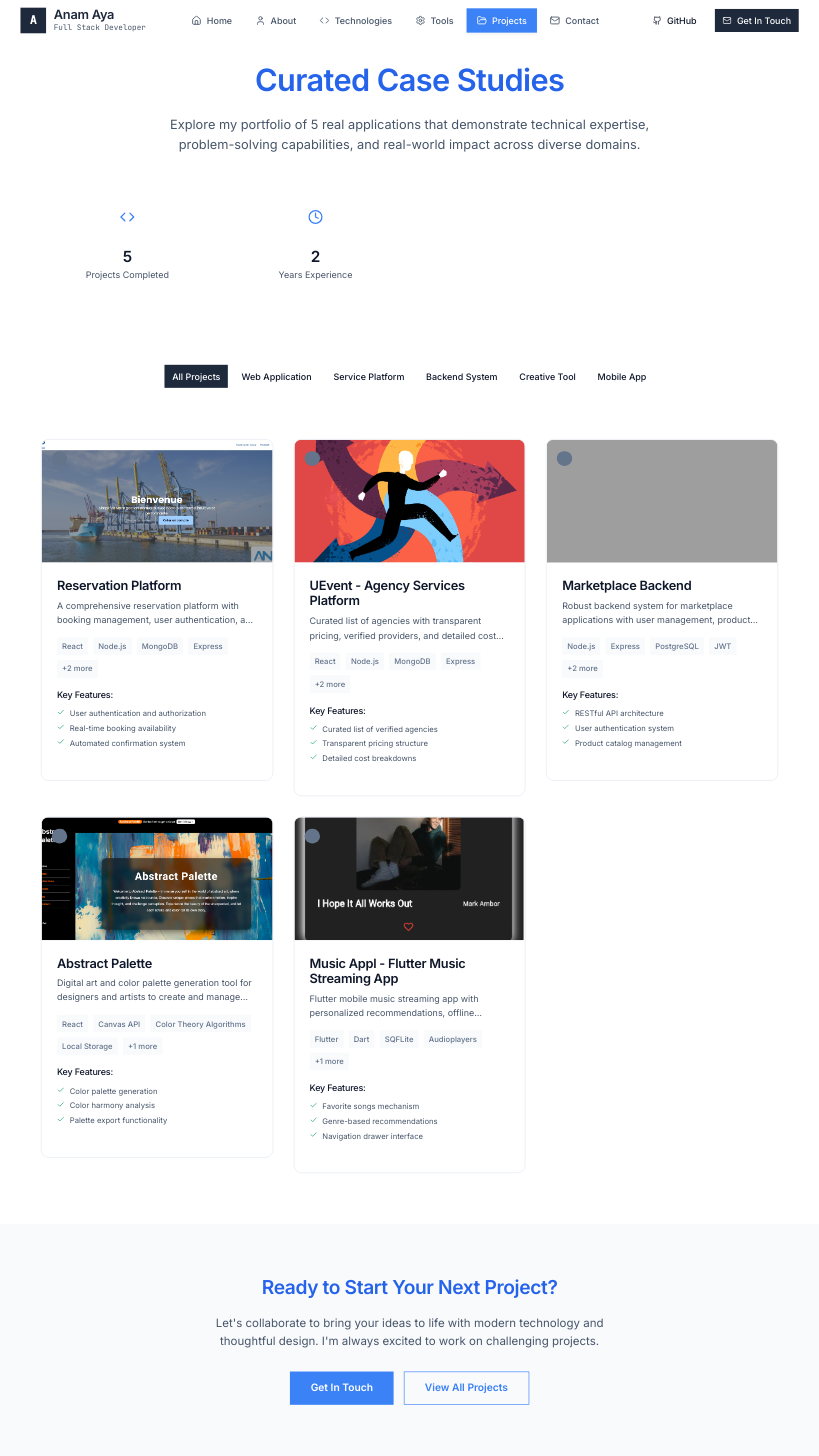
Repository: ayaaas/portflio_aya
Page: /projects-curated-case-studies
The author's editor kept a copy of each file at every save. The page is drawn from the files as they stood at one save, then again after the next save.
The browser window is 1280 px wide. The pictures show the whole page, at 64% of full size.
Pictures or frames that could not be fetched are drawn as grey boxes. The project was rebuilt for these pictures with package versions that can differ from the ones it lists, and the page was loaded fresh each time. Also part of the build but not shown: vite.config.mjs, src/components/ErrorBoundary.jsx, src/pages/hero-section-developer-portfolio/components/ProfileImage.jsx, src/pages/hero-section-developer-portfolio/components/AnimatedText.jsx, src/pages/hero-section-developer-portfolio/components/HeroContent.jsx, src/pages/hero-section-developer-portfolio/components/BackgroundPattern.jsx, src/pages/hero-section-developer-portfolio/components/ScrollIndicator.jsx, src/pages/hero-section-developer-portfolio/index.jsx and 24 more.

Above is the page before, as saved 2025-07-19 21:59:28.

After the next save:
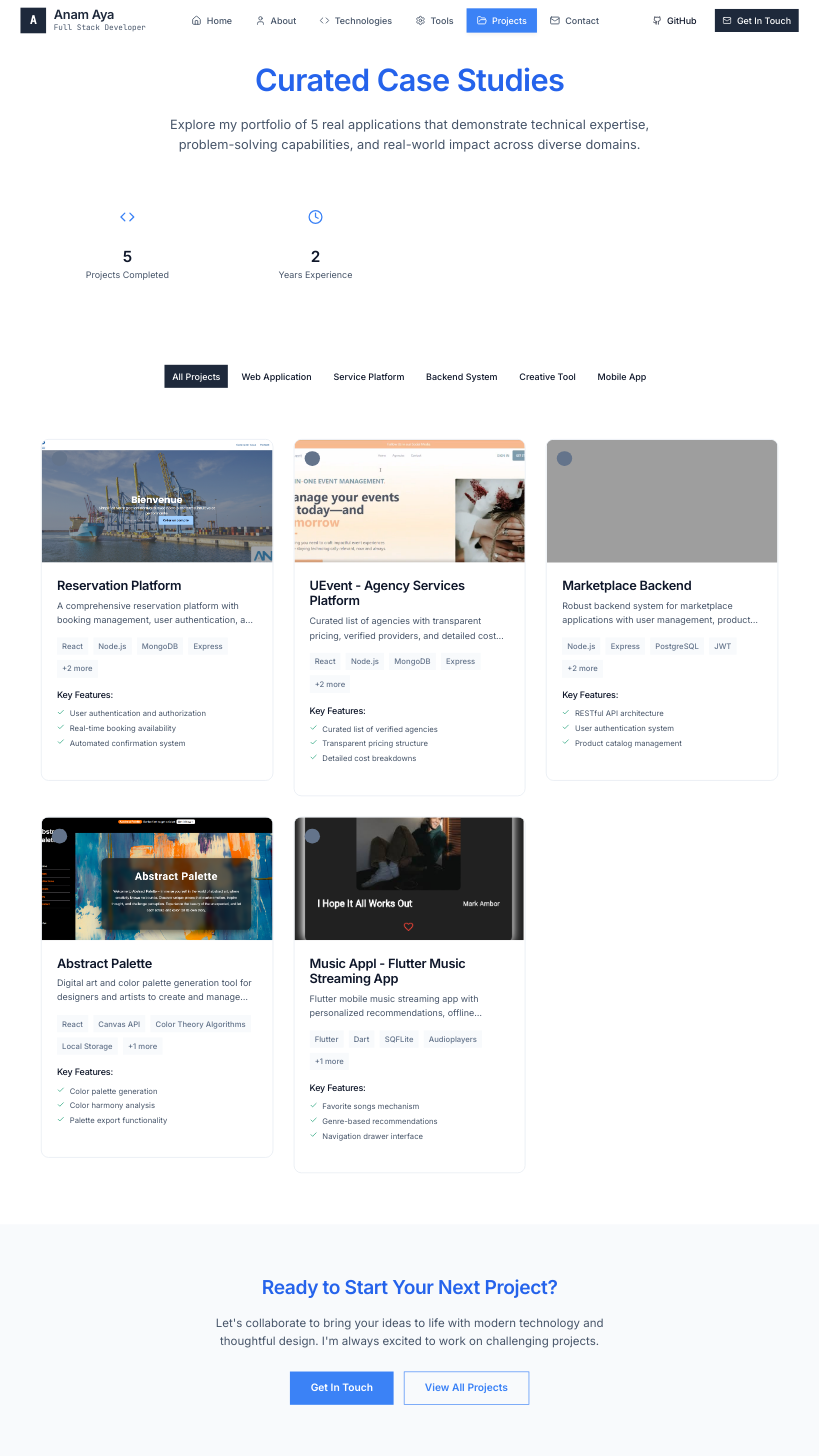
Saved 19 s later.
--- a/src/pages/projects-curated-case-studies/index.jsx
+++ b/src/pages/projects-curated-case-studies/index.jsx
@@ -43,7 +43,7 @@ const ProjectsCuratedCaseStudies = () => {
       category: "Service Platform",
       description: "Curated list of agencies with transparent pricing, verified providers, and detailed cost breakdowns to avoid hidden fees.",
       detailedDescription: "UEvent is a B2C service platform connecting clients with verified agencies. Features transparent pricing with detailed cost breakdowns, verified provider listings, and a dedicated platform for agencies to showcase their work and attract potential clients.",
-      image: "",
+      image: "public/assets/images/accueil_event.png",
       additionalImages: [
         "https://images.unsplash.com/photo-1552664730-d307ca884978?w=400&h=300&fit=crop",
         "https://images.unsplash.com/photo-1552664730-d307ca884978?w=400&h=300&fit=crop",
